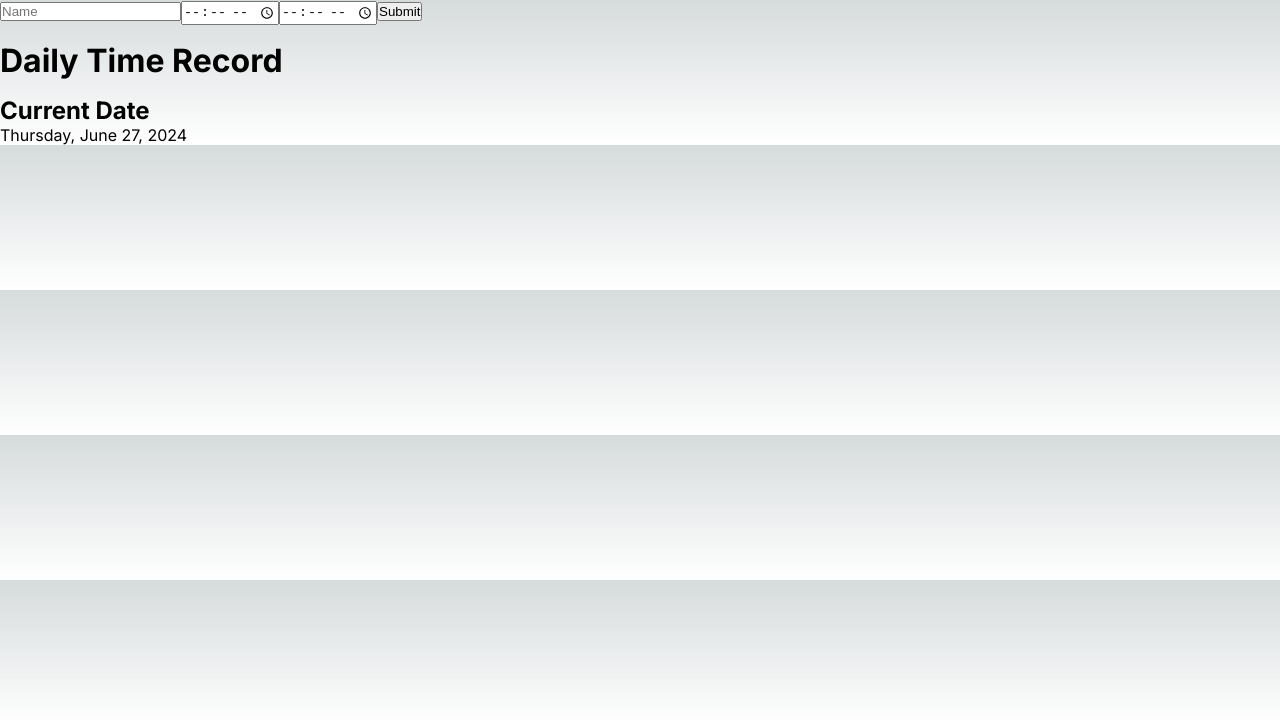
Repository: EeeeeEyyyy/daily_time_record
Page: /
An editor plug-in stored every save of this project. The page is shown before and after the next save, followed by the edit.
The browser window is 1280 px wide. The pictures show the whole page.
The project was rebuilt for these pictures with package versions that can differ from the ones it lists, and the page was loaded fresh each time. The framework's server and built-in components were replaced by stand-ins that run in the browser. Also part of the build but not shown: next.config.mjs.

Above is the page before, as saved 2024-06-27 13:39:41.

### src/app/layout.js
import { Inter } from "next/font/google";
import "./globals.css";

const inter = Inter({ subsets: ["latin"] });

export const metadata = {
  title: "Daily Time Record",
  description: "Generated by create next app",
};

export default function RootLayout({ children }) {
  return (
    <html lang="en">
      <body className={inter.className}>{children}</body>
    </html>
  );
}

### src/app/page.js
"use client";

import React, { useEffect, useState } from 'react';

const DailyTimeRecord = () => {
  const [data, setData] = useState([]);
  const [name, setName] = useState('');
  const [arrivalTime, setArrivalTime] = useState('');
  const [timeOut, setTimeOut] = useState('');
  const [date, setDate] = useState('');

  useEffect(() => {
    const storedData = JSON.parse(localStorage.getItem('user')) || [];
    setData(storedData);
    setDate(getCurrentDate());
  }, []);

  const getCurrentDate = () => {
    const now = new Date();
    return now.toLocaleDateString('en-US', {
      weekday: 'long',
      year: 'numeric',
      month: 'long',
      day: 'numeric'
    });
  };

  const handleChangeName = (value) => {
    setName(value);
  };

  const handleChangeArrivalTime = (value) => {
    setArrivalTime(value);
  };

  const handleChangeTimeOut = (value) => {
    setTimeOut(value);
  };

  const handleSubmit = () => {
    if (name && arrivalTime && timeOut) {
      const payload = {
        name,
        date,
        arrivalTime,
        timeOut
      };

      const updatedData = [...data, payload];
      setData(updatedData);
      localStorage.setItem('user', JSON.stringify(updatedData));
    } else {
      console.log("Please fill in all fields");
    }
  };

  return (
    <div>
      <input
        type="text"
        placeholder="Name"
        onChange={(e) => handleChangeName(e.target.value)}
      />
      <input
        type="time"
        placeholder="Time of Arrival"
        onChange={(e) => handleChangeArrivalTime(e.target.value)}
      />
      <input
        type="time"
        placeholder="Time Out"
        onChange={(e) => handleChangeTimeOut(e.target.value)}
      />
      <button onClick={handleSubmit}>Submit</button>

      <div style={{ marginTop: '1rem' }}>
        <h1>Daily Time Record</h1>
        {data.map((item, index) => (
          <pre style={{ color: 'black', marginBottom: '1rem' }} key={index}>
            Name: {item.name}<br />
            Date: {item.date}<br />
            Time of Arrival: {item.arrivalTime}<br />
            Time Out: {item.timeOut}
          </pre>
        ))}
      </div>

      <div style={{ marginTop: '1rem' }}>
        <h2>Current Date</h2>
        <p>{date}</p>
      </div>
    </div>
  );
};

export default DailyTimeRecord;

Loaded but not shown: src/app/globals.css (common file)

After the next save:
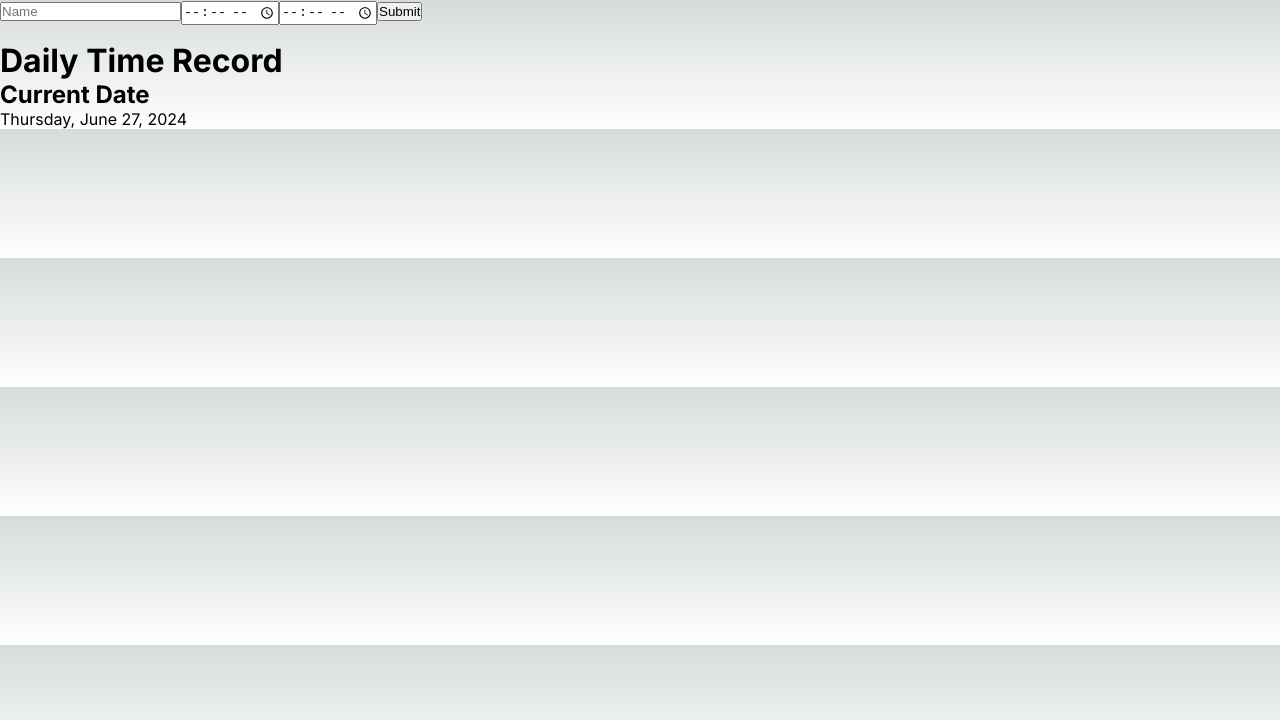
Saved 3 min 29 s later.
--- a/src/app/page.js
+++ b/src/app/page.js
@@ -75,17 +75,18 @@ const DailyTimeRecord = () => {
 
       <div style={{ marginTop: '1rem' }}>
         <h1>Daily Time Record</h1>
-        {data.map((item, index) => (
-          <pre style={{ color: 'black', marginBottom: '1rem' }} key={index}>
-            Name: {item.name}<br />
-            Date: {item.date}<br />
-            Time of Arrival: {item.arrivalTime}<br />
-            Time Out: {item.timeOut}
-          </pre>
-        ))}
-      </div>
-
-      <div style={{ marginTop: '1rem' }}>
+        {data.length > 0 && (
+          <div>
+            {data.map((item, index) => (
+              <pre style={{ color: 'black', marginBottom: '1rem' }} key={index}>
+                Name: {item.name}<br />
+                Date: {item.date}<br />
+                Time of Arrival: {item.arrivalTime}<br />
+                Time Out: {item.timeOut}
+              </pre>
+            ))}
+          </div>
+        )}
         <h2>Current Date</h2>
         <p>{date}</p>
       </div>
